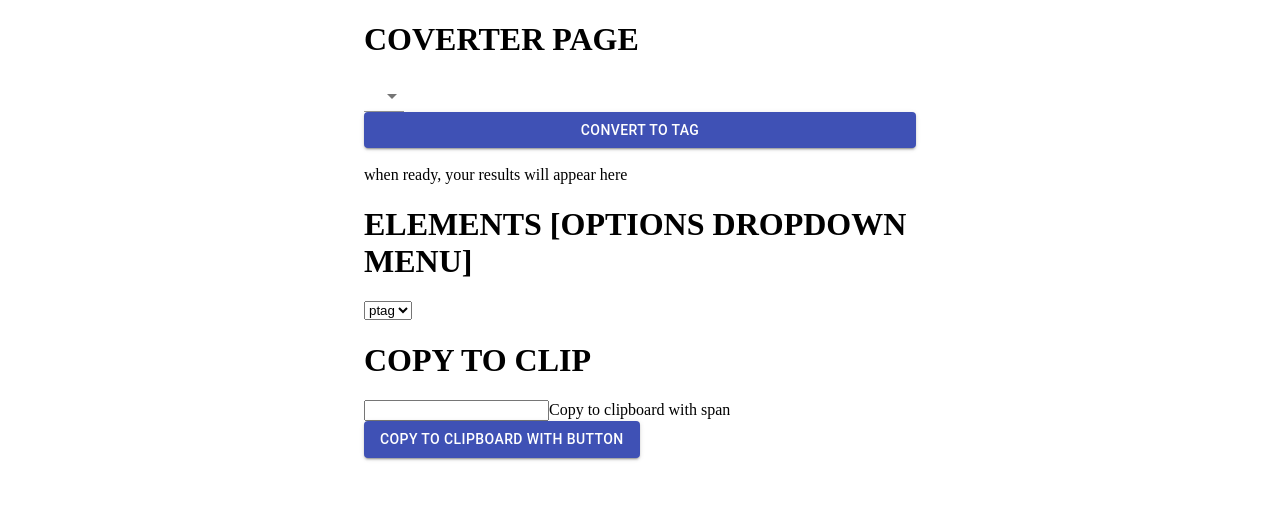
Repository: DevLuDaley/element-generator
Page: /
The author's editor kept a copy of each file at every save. The page is drawn from the files as they stood at one save, then again after the next save.
The browser window is 1280 px wide. The pictures show the whole page.
The project was rebuilt for these pictures with package versions that can differ from the ones it lists, and the page was loaded fresh each time. Also part of the build but not shown: webpack.config.js, src/components/optionsArray.js, src/components/ElementsData.js.

Above is the page before, as saved 2020-12-23 21:09:10.

After the next save:
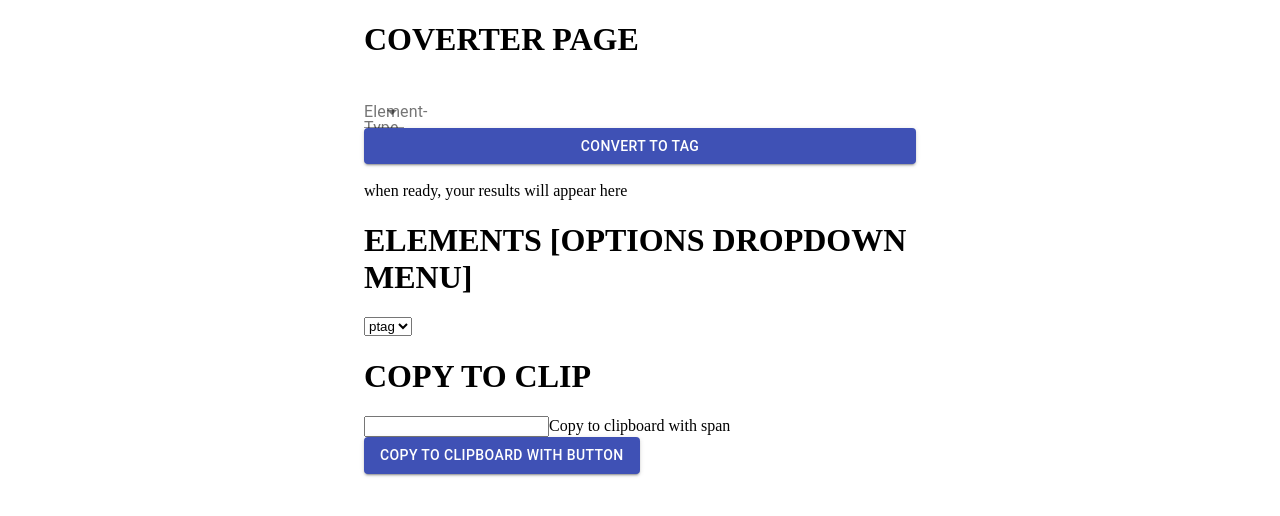
Saved 81 s later.
--- a/src/components/ConverterPage.js
+++ b/src/components/ConverterPage.js
@@ -33,21 +33,21 @@
             <h1>COVERTER PAGE</h1>
         <div>
             <FormControl >
-        {/* <InputLabel id="demo-simple-select-label">Element-Type</InputLabel> */}
-        <Select
-          labelId="demo-simple-select-label"
-          id="demo-simple-select"
-          value={optionsArray[0].value}
-          onChange={handleSubmit}
-        >
-    { optionsArray ?
-        optionsArray.map(option => <MenuItem value={option.v} key={Math.floor(Math.random() * 10) +500}>
-            {option.k}
-        </MenuItem>)
-        : "null"
-    }
-        </Select>
-      </FormControl>
+        <InputLabel id="demo-simple-select-label">Element-Type</InputLabel>
+                <Select
+                labelId="demo-simple-select-label"
+                id="demo-simple-select"
+                value={optionsArray[0].value}
+                onChange={handleChange}
+                >
+                    { optionsArray ?
+                        optionsArray.map(option => <MenuItem value={option.v} key={Math.floor(Math.random() * 10) +500}>
+                            {option.k}
+                        </MenuItem>)
+                        : "null"
+                    }
+                </Select>
+            </FormControl>
 
             <FormGroup id='convert-to-element-form' onSubmit={handleSubmit}>
 

After the save that followed:
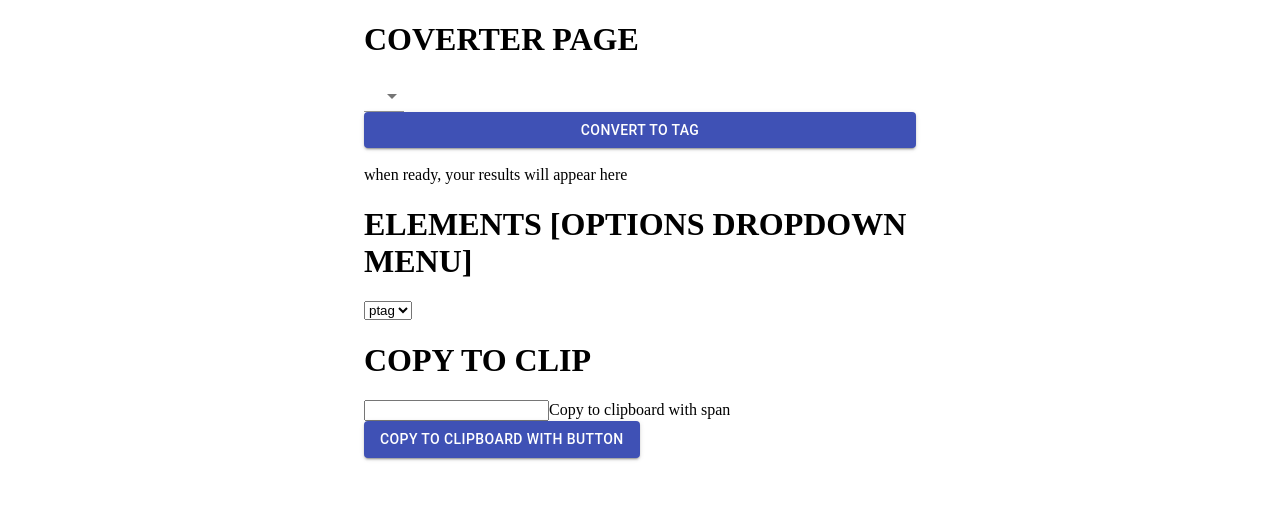
Saved 8 s later.
--- a/src/components/ConverterPage.js
+++ b/src/components/ConverterPage.js
@@ -33,7 +33,7 @@
             <h1>COVERTER PAGE</h1>
         <div>
             <FormControl >
-        <InputLabel id="demo-simple-select-label">Element-Type</InputLabel>
+        {/* <InputLabel id="demo-simple-select-label">Element-Type</InputLabel> */}
                 <Select
                 labelId="demo-simple-select-label"
                 id="demo-simple-select"
